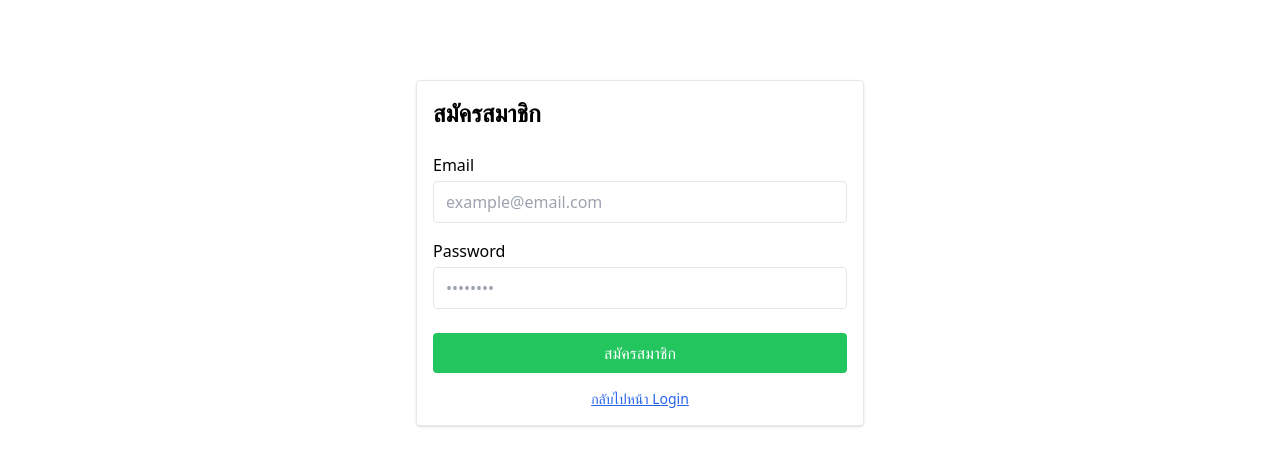
Repository: NongPond/Task_Management_App
Page: /register (app in Task Management App/)
These files come from the project's save history. The page is drawn as it stood at one moment and after a run of saves; the edit follows.
The browser window is 1280 px wide. The pictures show the whole page.
The project was rebuilt for these pictures with package versions that can differ from the ones it lists, and the page was loaded fresh each time. Also part of the build but not shown: Task Management App/vite.config.ts, Task Management App/src/auth/Login.tsx, Task Management App/src/tasks/Tasks.tsx.

Above is the page before, as saved 2025-04-22 14:11:41.

After the next 2 saves:
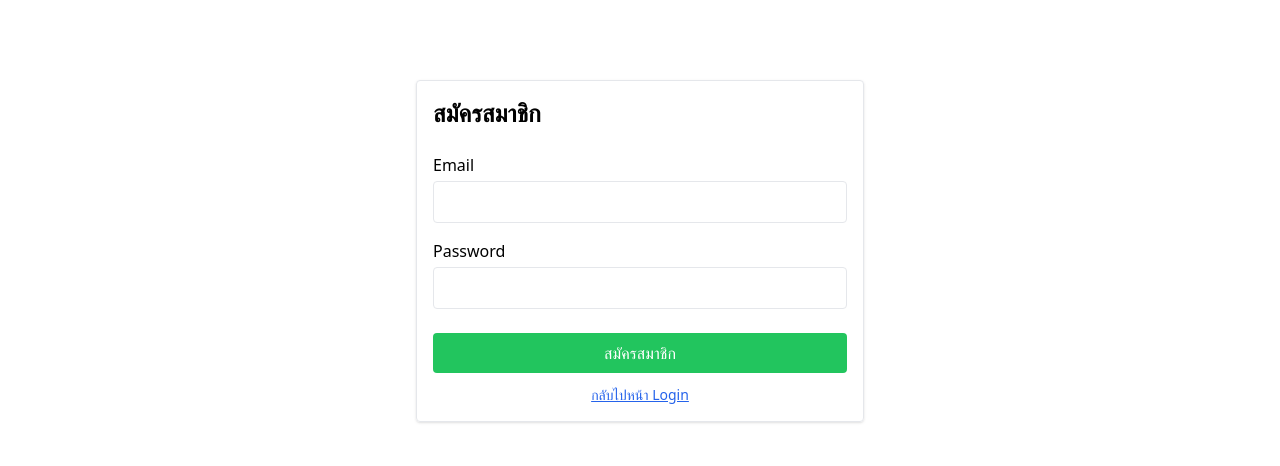
The 2 saves are shown as one change because they came seconds apart.
The last was saved 3 min 21 s later.
--- a/Task Management App/src/auth/Register.tsx
+++ b/Task Management App/src/auth/Register.tsx
@@ -1,23 +1,27 @@
-import { Formik, Form, Field, ErrorMessage } from "formik";
-import * as Yup from "yup";
+import { useState } from "react";
 import { useNavigate, Link } from "react-router-dom";
 
-const RegisterSchema = Yup.object().shape({
-  email: Yup.string().email("อีเมลไม่ถูกต้อง").required("กรุณากรอกอีเมล"),
-  password: Yup.string().min(6, "รหัสผ่านต้องมีอย่างน้อย 6 ตัวอักษร").required("กรุณากรอกรหัสผ่าน"),
-});
-
 function Register() {
+  const [email, setEmail] = useState("");
+  const [password, setPassword] = useState("");
   const navigate = useNavigate();
 
-  const handleSubmit = async (values: { email: string; password: string }, { setSubmitting }: any) => {
+  const handleRegister = async () => {
     try {
+      const existingUsers = JSON.parse(localStorage.getItem("users") || "[]");
+      const isExisting = existingUsers.some((user: any) => user.email === email);
+      if (isExisting) {
+        alert("อีเมลนี้ถูกใช้ไปแล้ว");
+        return;
+      }
+
+      // 👇 ส่งไป backend ด้วย fetch
       const res = await fetch("http://localhost:5000/api/auth/register", {
         method: "POST",
         headers: {
           "Content-Type": "application/json",
         },
-        body: JSON.stringify(values),
+        body: JSON.stringify({ email, password }),
       });
 
       const data = await res.json();
@@ -31,60 +35,46 @@ function Register() {
     } catch (err) {
       console.error(err);
       alert("ไม่สามารถสมัครสมาชิกได้");
-    } finally {
-      setSubmitting(false);
     }
   };
 
+
   return (
-    <div className="p-4 max-w-md mx-auto mt-20 border rounded shadow font-sans">
+    <div className="p-4 max-w-md mx-auto mt-20 border rounded shadow">
       <h1 className="text-2xl font-bold mb-6">สมัครสมาชิก</h1>
 
-      <Formik
-        initialValues={{ email: "", password: "" }}
-        validationSchema={RegisterSchema}
-        onSubmit={handleSubmit}
+      <div className="mb-4">
+        <label className="block mb-1">Email</label>
+        <input
+          type="email"
+          value={email}
+          onChange={(e) => setEmail(e.target.value)}
+          className="w-full border px-3 py-2 rounded"
+        />
+      </div>
+
+      <div className="mb-6">
+        <label className="block mb-1">Password</label>
+        <input
+          type="password"
+          value={password}
+          onChange={(e) => setPassword(e.target.value)}
+          className="w-full border px-3 py-2 rounded"
+        />
+      </div>
+
+      <button
+        onClick={handleRegister}
+        className="w-full bg-green-500 text-white py-2 rounded hover:bg-green-600 mb-3"
       >
-        {({ isSubmitting }) => (
-          <Form>
-            <div className="mb-4">
-              <label className="block mb-1">Email</label>
-              <Field
-                type="email"
-                name="email"
-                className="w-full border px-3 py-2 rounded"
-                placeholder="example@email.com"
-              />
-              <ErrorMessage name="email" component="div" className="text-red-500 text-sm mt-1" />
-            </div>
+        สมัครสมาชิก
+      </button>
 
-            <div className="mb-6">
-              <label className="block mb-1">Password</label>
-              <Field
-                type="password"
-                name="password"
-                className="w-full border px-3 py-2 rounded"
-                placeholder="••••••••"
-              />
-              <ErrorMessage name="password" component="div" className="text-red-500 text-sm mt-1" />
-            </div>
-
-            <button
-              type="submit"
-              disabled={isSubmitting}
-              className="w-full bg-green-500 text-white py-2 rounded hover:bg-green-600 disabled:opacity-60"
-            >
-              {isSubmitting ? "กำลังสมัคร..." : "สมัครสมาชิก"}
-            </button>
-
-            <p className="text-sm text-center mt-4">
-              <Link to="/" className="text-blue-600 underline">
-                กลับไปหน้า Login
-              </Link>
-            </p>
-          </Form>
-        )}
-      </Formik>
+      <p className="text-sm text-center">
+        <Link to="/" className="text-blue-600 underline">
+          กลับไปหน้า Login
+        </Link>
+      </p>
     </div>
   );
 }
